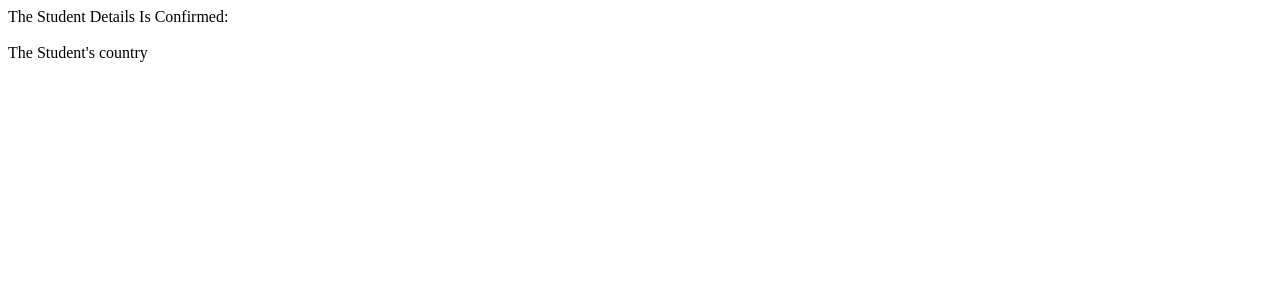
Repository: rohanbhavare1234/BikeServiceWorkspace
Page: http://localhost/jspdemo/student-radio-response.jsp
The author's editor kept a copy of each file at every save. The page is drawn from the files as they stood at one save, then again after the next save.
The browser window is 1280 px wide. The pictures show the whole page.
The page is served by Tomcat 9.

Above is the page before, as saved 2023-04-09 12:51:33.

After the next save:
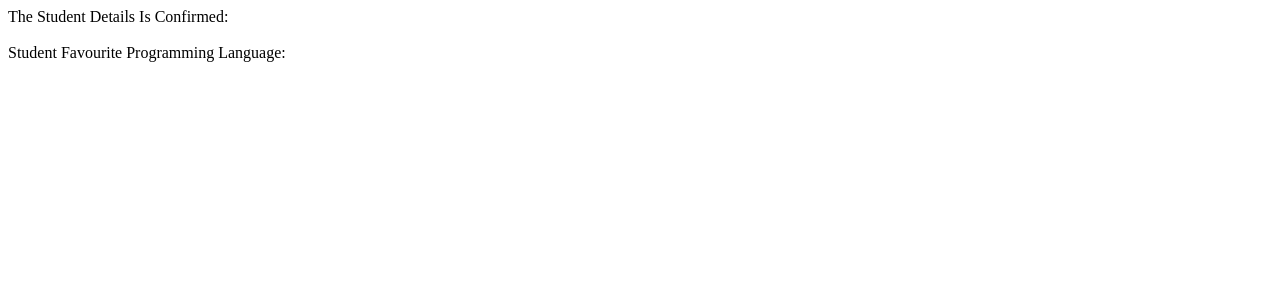
Saved 2 min 3 s later.
--- a/eclipse-workspace/jspdemo/WebContent/student-radio-response.jsp
+++ b/eclipse-workspace/jspdemo/WebContent/student-radio-response.jsp
@@ -4,6 +4,7 @@
 
 The Student Details Is Confirmed: ${param.firstName} ${param.lastName}
 <br/><br/>
-The Student's country ${param.country}
+
+Student Favourite Programming Language: ${param.favouriteLanguage}
 </body>
 </html>
